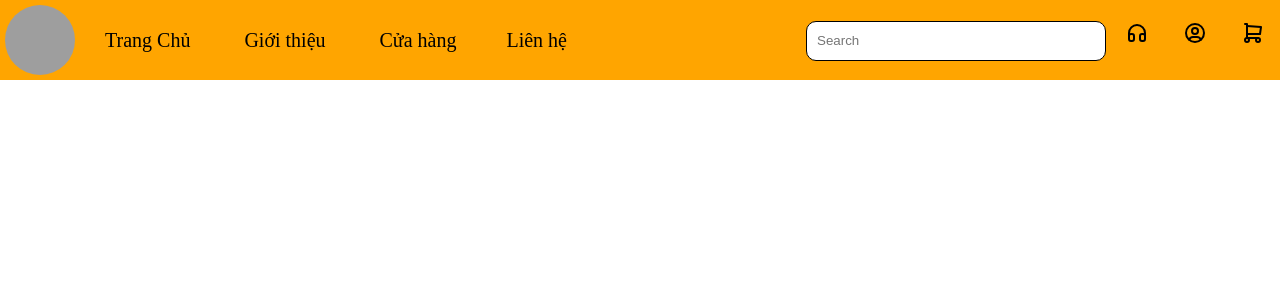
Repository: manhhieu120499/test-page
Page: index.html
An editor plug-in stored every save of this project. The page is shown before and after a run of saves, followed by the edit.
The browser window is 1280 px wide. The pictures show the whole page.
Pictures or frames that could not be fetched are drawn as grey boxes.

Above is the page before, as saved 2023-01-11 23:14:53.

### index.html
<!DOCTYPE html>
<html lang="en">

<head>
    <meta charset="UTF-8">
    <meta http-equiv="X-UA-Compatible" content="IE=edge">
    <meta name="viewport" content="width=device-width, initial-scale=1.0">
    <title>Document</title>
    <link rel="stylesheet" href="./style.css">
</head>

<body>
    <div id="header">
        <div class="left-sidebar">
            <img src="https://t3.ftcdn.net/jpg/03/02/36/70/360_F_302367092_vmqO9rSPmluZJFuOFFNzjGwimbChoIAZ.jpg"
                alt="logo-shop">
            <ul class="sub-menu">
                <li><a href="#">Trang Chủ</a></li>
                <li><a href="#">Giới thiệu</a></li>
                <li><a href="#">Cửa hàng</a< /li>
                <li><a href="#">Liên hệ</a></li>
            </ul>

        </div>

        <div class="right-sidebar">
            <input type="text" placeholder="Search" />

            <a href="#" class="telesale">
                <svg xmlns="http://www.w3.org/2000/svg" class="icon icon-tabler icon-tabler-headphones" width="24"
                    height="24" viewBox="0 0 24 24" stroke-width="2" stroke="currentColor" fill="none"
                    stroke-linecap="round" stroke-linejoin="round">
                    <path stroke="none" d="M0 0h24v24H0z" fill="none"></path>
                    <rect x="4" y="13" rx="2" width="5" height="7"></rect>
                    <rect x="15" y="13" rx="2" width="5" height="7"></rect>
                    <path d="M4 15v-3a8 8 0 0 1 16 0v3"></path>
                </svg>
            </a>
            <a href="#" class="person">
                <svg xmlns="http://www.w3.org/2000/svg" class="icon icon-tabler icon-tabler-user-circle" width="24"
                    height="24" viewBox="0 0 24 24" stroke-width="2" stroke="currentColor" fill="none"
                    stroke-linecap="round" stroke-linejoin="round">
                    <path stroke="none" d="M0 0h24v24H0z" fill="none"></path>
                    <circle cx="12" cy="12" r="9"></circle>
                    <circle cx="12" cy="10" r="3"></circle>
                    <path d="M6.168 18.849a4 4 0 0 1 3.832 -2.849h4a4 4 0 0 1 3.834 2.855"></path>
                </svg>
            </a>
            <a href="#" class="shopping-cart">
                <svg xmlns="http://www.w3.org/2000/svg" class="icon icon-tabler icon-tabler-shopping-cart" width="24"
                    height="24" viewBox="0 0 24 24" stroke-width="2" stroke="currentColor" fill="none"
                    stroke-linecap="round" stroke-linejoin="round">
                    <path stroke="none" d="M0 0h24v24H0z" fill="none"></path>
                    <circle cx="6" cy="19" r="2"></circle>
                    <circle cx="17" cy="19" r="2"></circle>
                    <path d="M17 17h-11v-14h-2"></path>
                    <path d="M6 5l14 1l-1 7h-13"></path>
                </svg>
            </a>
        </div>
    </div>

    <div id="footer">

    </div>
</body>

</html>

### style.css
* {
    margin: 0;
    padding: 0;
    box-sizing: border-box;
}

#header {
    width: 100vw;
    height: 80px;
    background-color: orange;
    display: flex;
    justify-content: space-between;
}

.left-sidebar {
    display: flex;
}

img {
    width: 70px;
    height: 70px;
    border-radius: 50%;
    margin: 5px;
}

.sub-menu li {
   list-style: none;
   display: inline-block;
   line-height: 80px;
   padding: 0px 25px;
}

.sub-menu li a {
    text-decoration: none;
    color: black;
    font-size: 20px;
}

.right-sidebar a {
    display: inline-block;
    line-height: 80px;
    padding: 0 15px;
    color: black;
}

input {
    padding: 10px 10px;
    width: 300px;
    height: 40px;
    border: 1px solid black;
    border-radius: 10px;
}

After the next 5 saves:
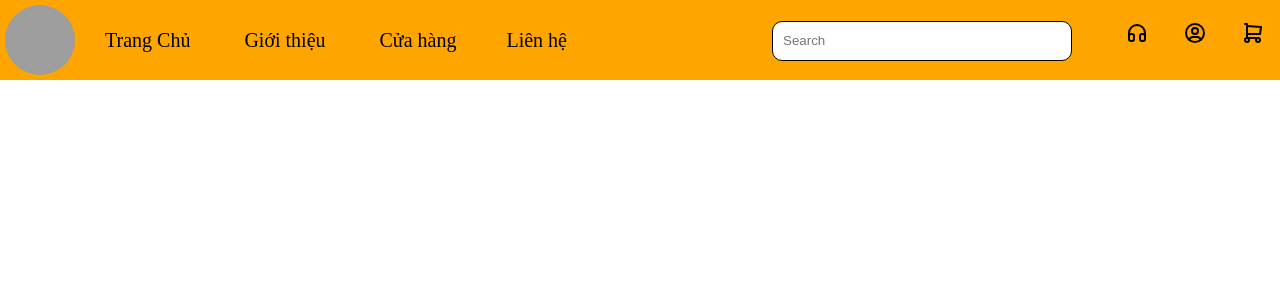
The 5 saves are shown as one change because they came seconds apart.
The last was saved 22 s later.
--- a/index.html
+++ b/index.html
@@ -25,7 +25,9 @@
 
         <div class="right-sidebar">
             <input type="text" placeholder="Search" />
+            <a href="#">
 
+            </a>
             <a href="#" class="telesale">
                 <svg xmlns="http://www.w3.org/2000/svg" class="icon icon-tabler icon-tabler-headphones" width="24"
                     height="24" viewBox="0 0 24 24" stroke-width="2" stroke="currentColor" fill="none"
